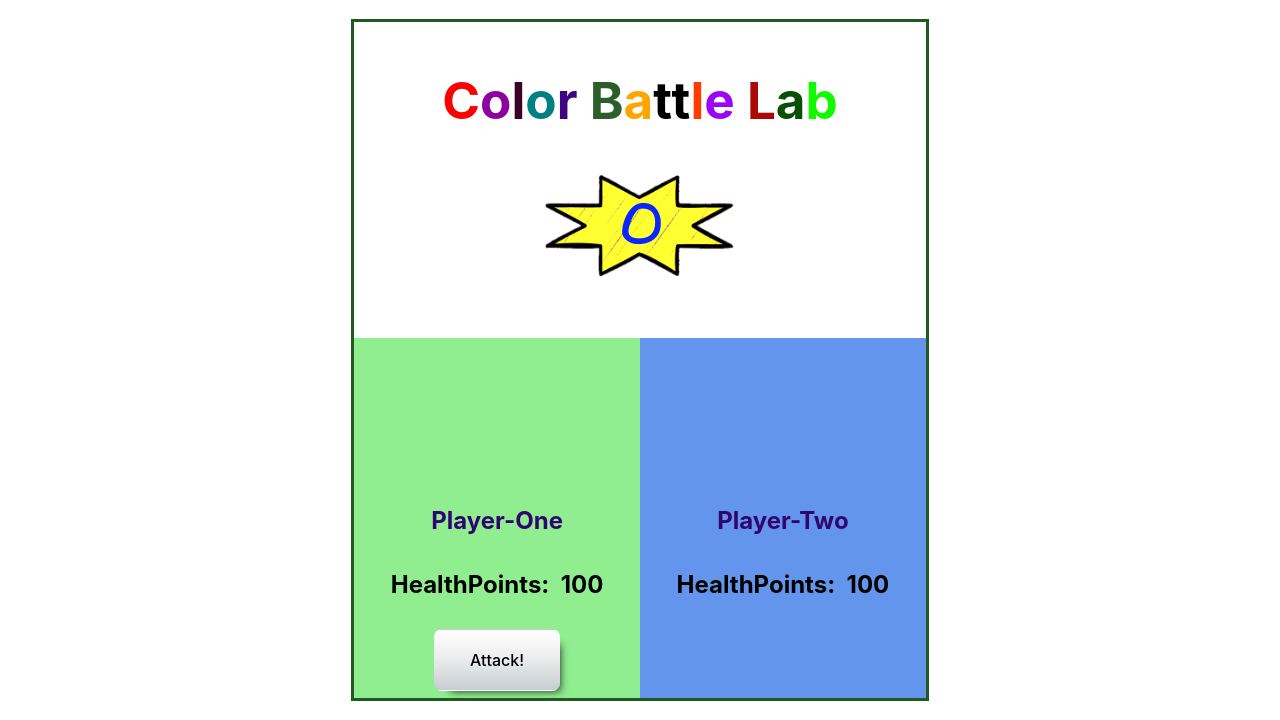
Repository: RAWdevX21/color-battle_lab-build
Page: /
The author's editor kept a copy of each file at every save. The page is drawn from the files as they stood at one save, then again after the next save.
The browser window is 1280 px wide. The pictures show the whole page.
Some web fonts or font styles are not loaded; a fallback is used. The project was rebuilt for these pictures with package versions that can differ from the ones it lists, and the page was loaded fresh each time. Also part of the build but not shown: vite.config.js.

Above is the page before, as saved 2023-08-17 09:46:10.

After the next save:
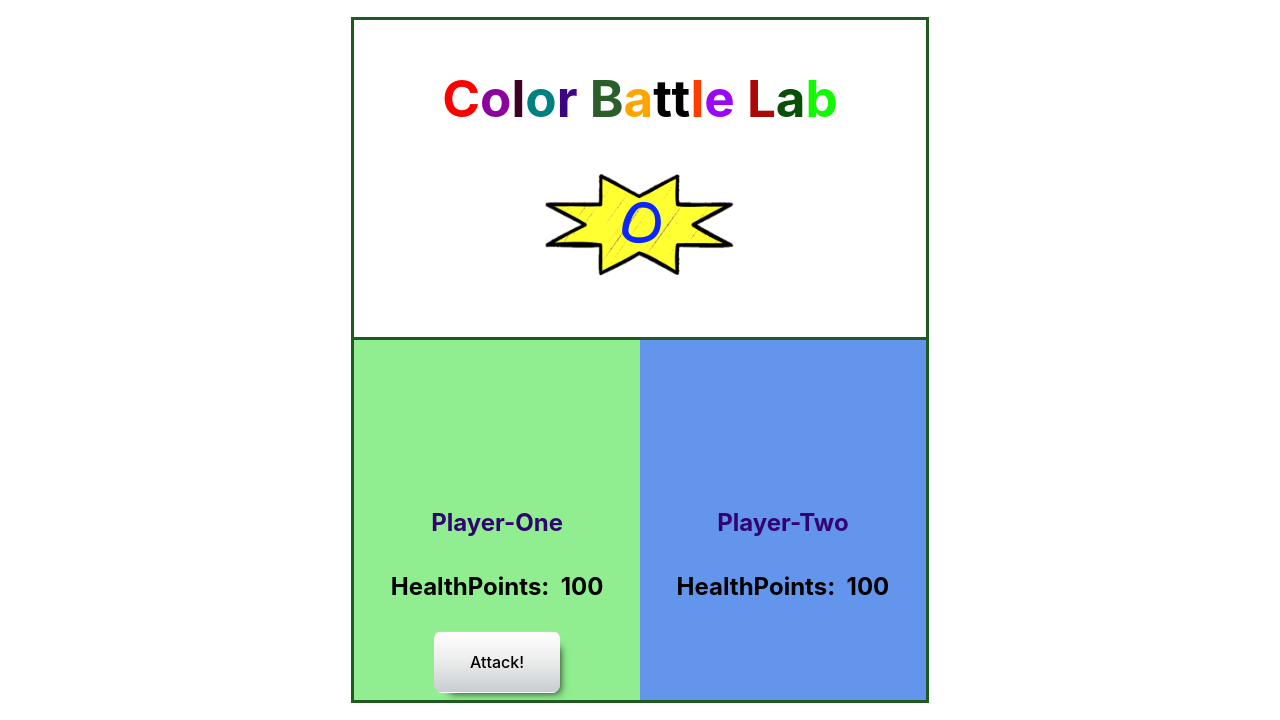
Saved 86 s later.
--- a/src/Components/GameBanner.css
+++ b/src/Components/GameBanner.css
@@ -3,6 +3,7 @@
     padding: 1em 5.5rem 2em;
     background-color: #ffffff;
     color: black;
+    border-bottom: 3px solid rgba(3, 69, 3, 0.884);
 }
 
 .damage-points {
